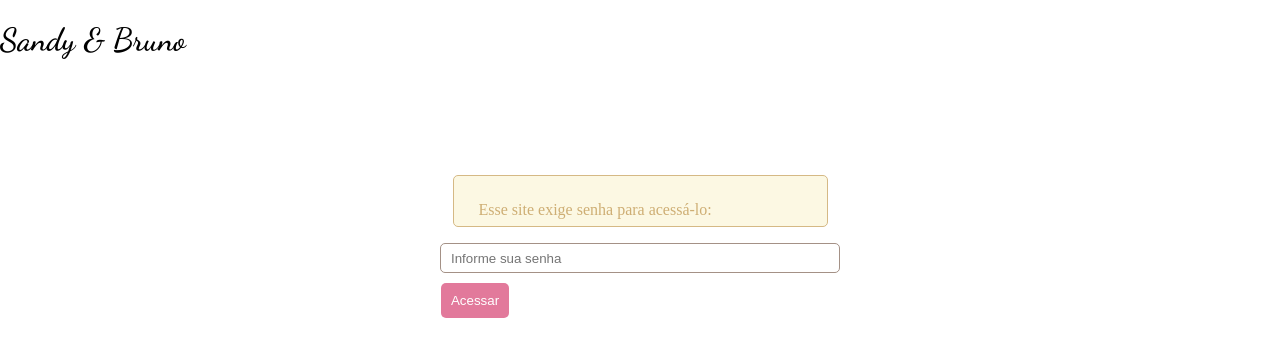
Repository: FerrazNathan/projetoBruno
Page: /login (app in projeto-bruno/)
The author's editor kept a copy of each file at every save. The page is drawn from the files as they stood at one save, then again after the next save.
The browser window is 1280 px wide. The pictures show the whole page.
Some web fonts or font styles are not loaded; a fallback is used. The project was rebuilt for these pictures with package versions that can differ from the ones it lists, and the page was loaded fresh each time. The framework's server and built-in components were replaced by stand-ins that run in the browser. Also part of the build but not shown: projeto-bruno/next.config.js.

Above is the page before, as saved 2022-03-16 12:32:21.

### projeto-bruno/pages/_document.js
import Document, { Head, Main, NextScript } from 'next/document';
// Import styled components ServerStyleSheet
import { ServerStyleSheet } from 'styled-components';

export default class MyDocument extends Document {
  static getInitialProps({ renderPage }) {
    // Step 1: Create an instance of ServerStyleSheet
    const sheet = new ServerStyleSheet();

    // Step 2: Retrieve styles from components in the page
    const page = renderPage((App) => (props) =>
      sheet.collectStyles(<App {...props} />),
    );

    // Step 3: Extract the styles as <style> tags
    const styleTags = sheet.getStyleElement();

    // Step 4: Pass styleTags as a prop
    return { ...page, styleTags };
  }

  render() {
    return (
      <html>
        <Head>
          {/* Step 5: Output the styles in the head  */}
          {this.props.styleTags}
          <link rel="preconnect" href="https://fonts.googleapis.com" />
          <link rel="preconnect" href="https://fonts.gstatic.com" crossorigin />
          <link href="https: //fonts.googleapis.com/css2? family= Dancing+Script:wght@600 & display=swap" rel="stylesheet" />
        </Head>
        <body>
          <Main />
          <NextScript />
        </body>
      </html>
    );
  }
}

### projeto-bruno/pages/login.js
import React from 'react'
import Head from 'next/head'
import Form from '../components/Login'
import * as S from '../styles/styleLogin'


export default function Login() {
  return (
    <>
    <Head>
    <title>Projeto Bruno</title>

  </Head>
    <S.Content>
      <S.Box>
        <S.Title>Sandy & Bruno</S.Title>
      </S.Box>
      <Form />
    </S.Content>
    </>
  )
}

### projeto-bruno/styles/globals.css
@import url('https://fonts.googleapis.com/css2?family=Dancing+Script:wght@400;500;600&family=Source+Serif+Pro:wght@200;400&display=swap');

html,
body {
  padding: 0;
  margin: 0;
}

a {
  color: inherit;
  text-decoration: none;
}

* {
  box-sizing: border-box;
}

### projeto-bruno/components/Login/index.js
import React, { useState } from 'react'
import { useRouter } from 'next/router'
import * as S from './styles'

export default function Form() {

  const [password, setPassword] = useState('')
  const acesso = '9876543210'
  const redirect = useRouter()

  const submit = (event) => {
    event.preventDefault()

    if (password === acesso) {
      localStorage.setItem('logged', 'isLogged')
      redirect.push('/')
    }
  }

  return (
    <S.Container onSubmit={submit}>
      <S.Title>Esse site exige senha para acessá-lo:</S.Title>
      <S.Input
        type="password"
        placeholder="Informe sua senha"
        value={password}
        onChange={(event) => setPassword(event.target.value)}
      />
      <S.Button type='submit'>Acessar</S.Button>
    </S.Container>
  )
}

### projeto-bruno/styles/styleLogin.js
import styled from 'styled-components'

export const Content = styled.body`
  /* background-image: url(/src/assets/indice.jpeg); */
`

export const Box = styled.div`

`

export const Title = styled.h1`
  font-family: 'Dancing Script', cursiva;
`

### projeto-bruno/components/Login/styles.js
import styled from 'styled-components';

export const Container = styled.form`
  max-width: 1200px;
  width: 100%;
  margin: 100px auto;
  display: flex;
  align-items: center;
  justify-content: center;
  flex-direction: column;
`

export const Title = styled.p`
  color: #ceae74;
  background-color: #fcf8e3;
  width: 375px;
  height: 25px;
  border-radius: 5px;
  padding: 25px;
  border: 1px solid #d5b985;
  font-weight: 500;
`

export const Input = styled.input`
  width: 400px;
  height: 30px;
  border-radius: 5px;
  border: 1px solid #a49186;
  margin-bottom: 10px;
  outline: 0;
  padding: 10px;
  cursor: pointer;
  &:focus{
    background-color: #e8f0fe;
  }
`

export const Button = styled.button`
  background-color: #e2799b;
  color: #FFF;
  border-radius: 5px;
  border: none;
  padding: 10px;
  margin-right: 330px;
  cursor: pointer;
`

Loaded but not shown: projeto-bruno/pages/_app.js (common file)

After the next save:
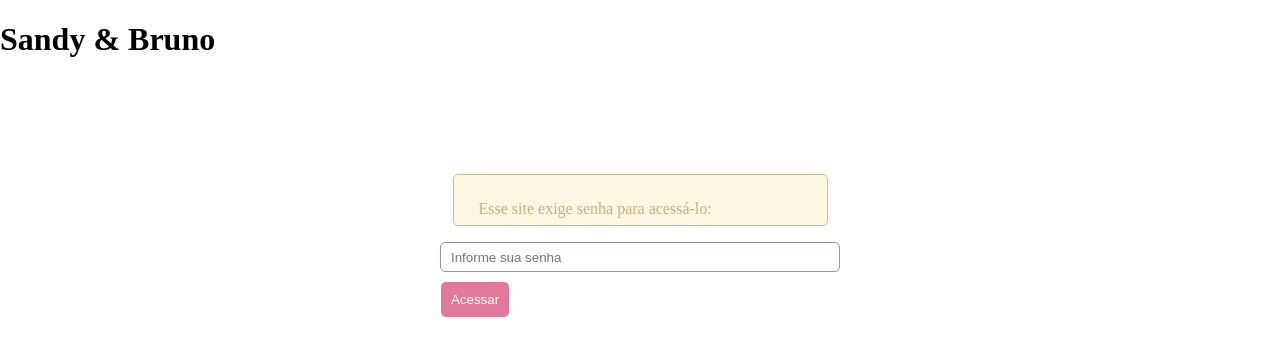
Saved 17 s later.
--- a/projeto-bruno/styles/styleLogin.js
+++ b/projeto-bruno/styles/styleLogin.js
@@ -9,5 +9,4 @@
 `
 
 export const Title = styled.h1`
-  font-family: 'Dancing Script', cursiva;
 `

After the save that followed:
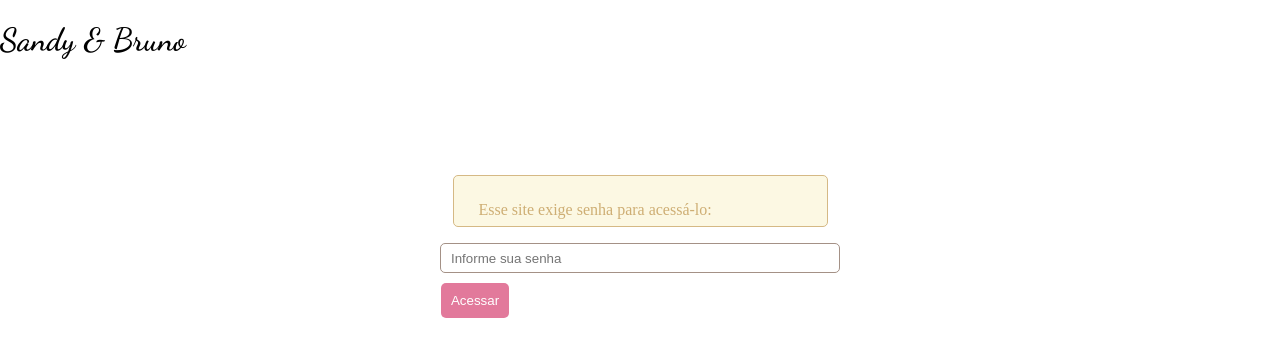
Saved 5 s later.
--- a/projeto-bruno/styles/styleLogin.js
+++ b/projeto-bruno/styles/styleLogin.js
@@ -9,4 +9,5 @@
 `
 
 export const Title = styled.h1`
+  font-family: 'Dancing Script', cursiva;
 `
